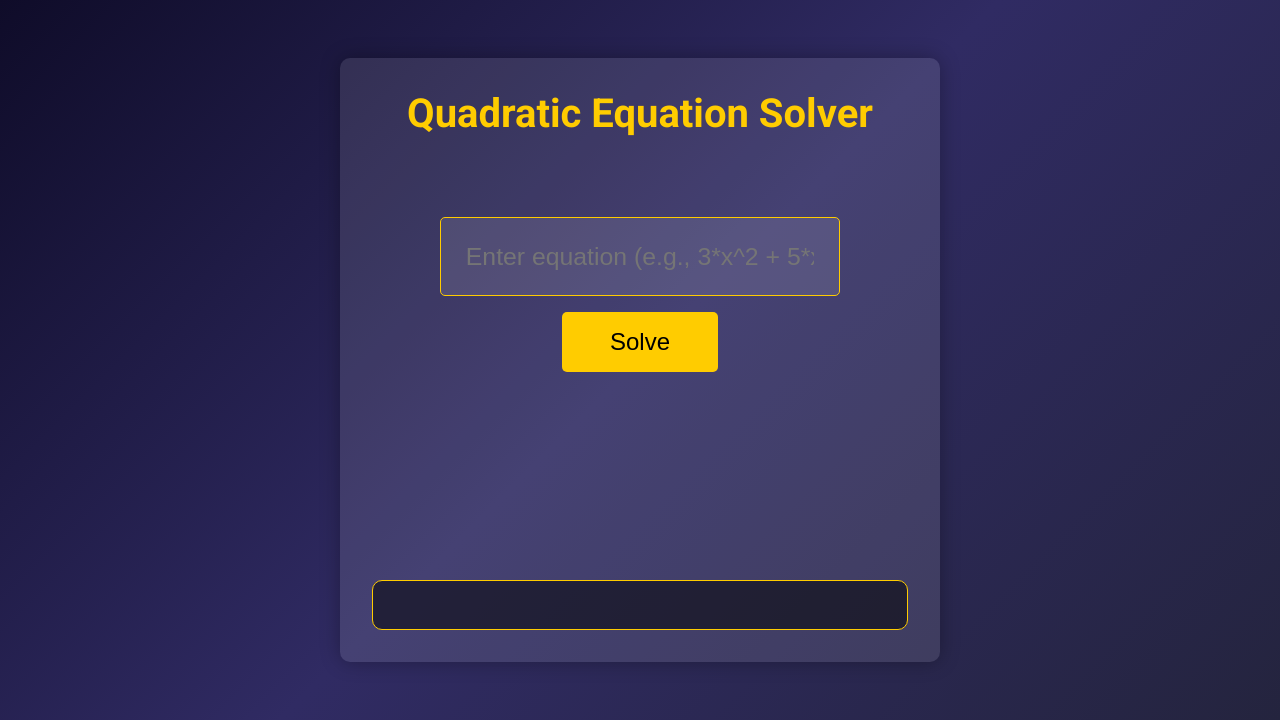
Repository: ngl-ankit/equation-solver
Page: index.html
An editor plug-in stored every save of this project. The page is shown before and after the next save, followed by the edit.
The browser window is 1280 px wide. The pictures show the whole page.

Above is the page before, as saved 2024-07-08 11:17:37.

After the next save:
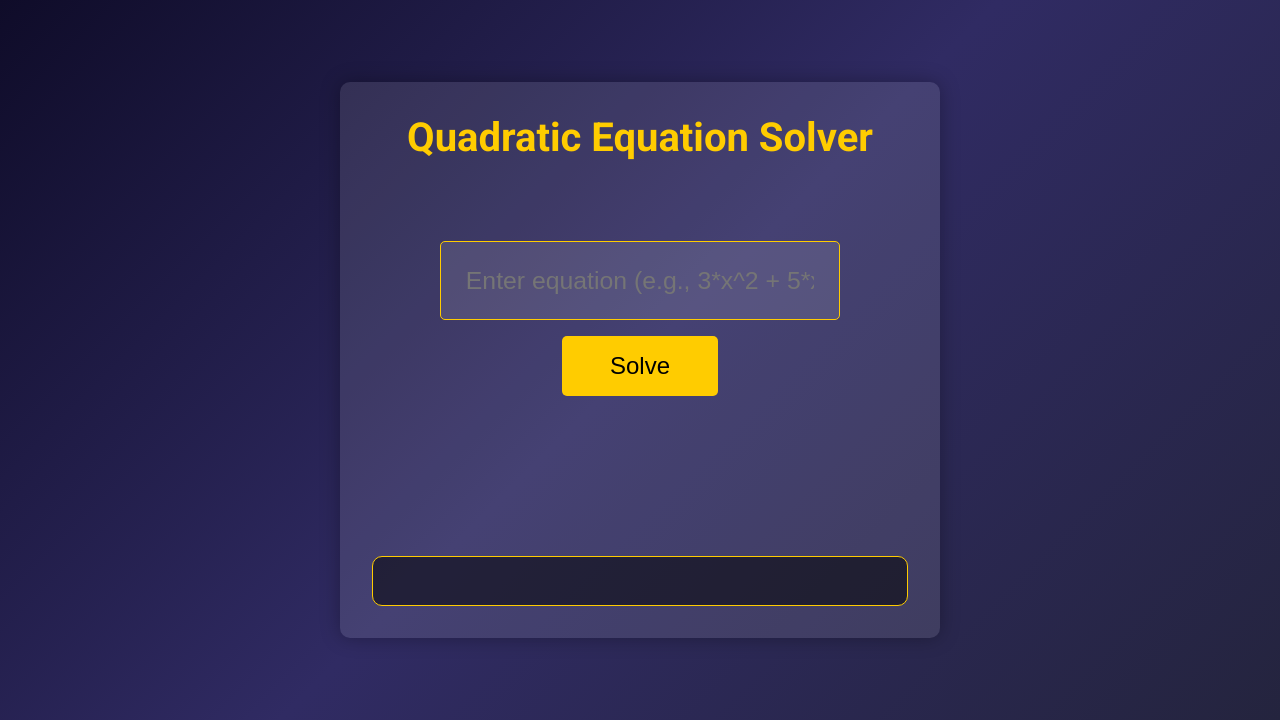
Saved 9 s later.
--- a/styles.css
+++ b/styles.css
@@ -33,7 +33,7 @@ h1 {
 }
 
 .form-container {
-  margin-bottom: 13rem;
+  margin-bottom: 10rem;
 }
 
 form {
